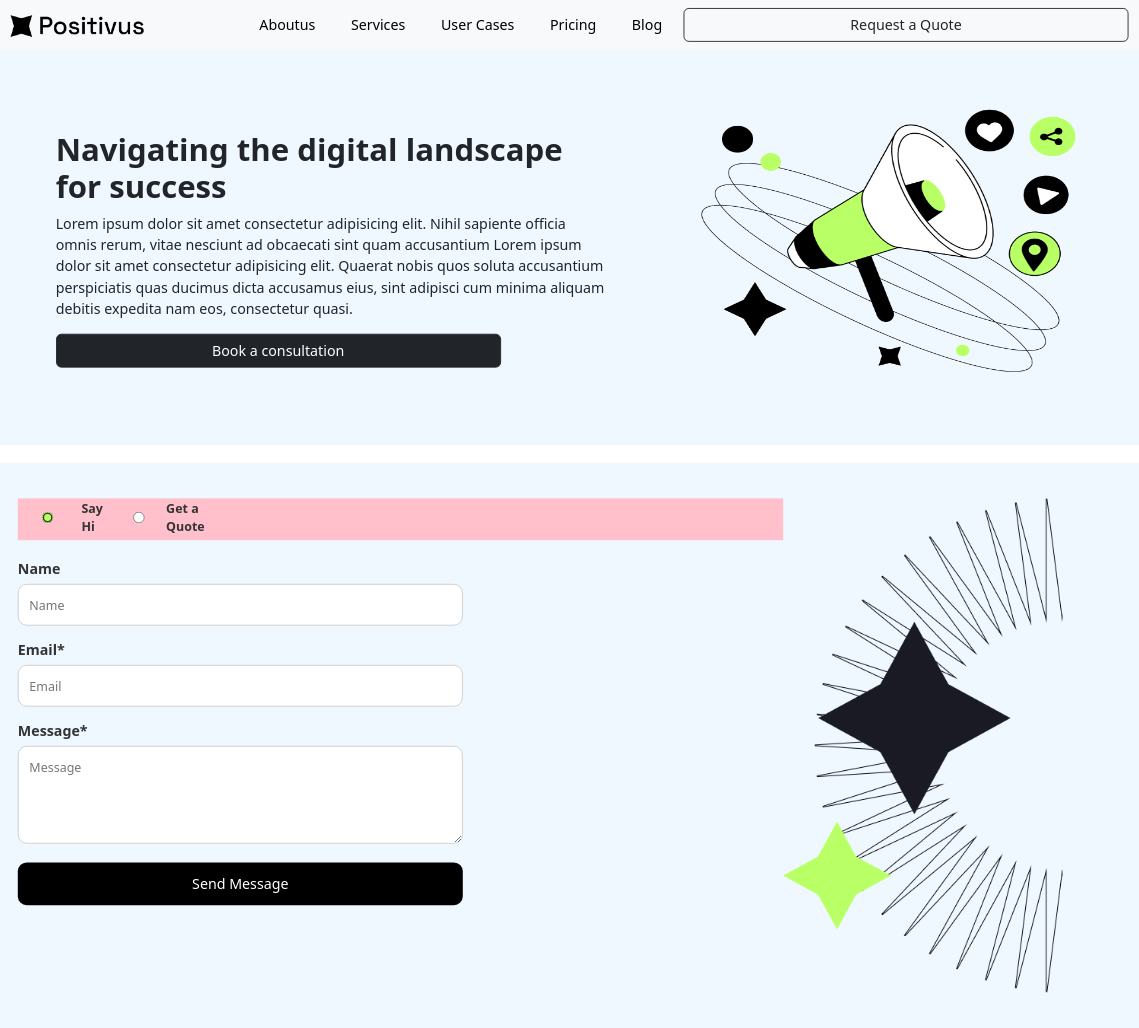
Repository: inshaabbas/CSS-Hackathon-SMIT
Page: index.html
An editor plug-in stored every save of this project. The page is shown before and after the next save, followed by the edit.
The browser window is 1280 px wide. The pictures show the whole page, at 89% of full size.

Above is the page before, as saved 2025-06-25 10:09:25.

### index.html
<!DOCTYPE html>
<html lang="en">
<head>
    <meta charset="UTF-8">
    <meta name="viewport" content="width=device-width, initial-scale=1.0">
    <title>CSS Hackathon</title>
    <!-- Bootstrap CDN -->
     <link href="https://cdn.jsdelivr.net/npm/bootstrap@5.3.7/dist/css/bootstrap.min.css" rel="stylesheet" integrity="sha384-LN+7fdVzj6u52u30Kp6M/trliBMCMKTyK833zpbD+pXdCLuTusPj697FH4R/5mcr" crossorigin="anonymous">
    <!-- Font Awesome CDN -->
     <link rel="stylesheet" href="https://cdnjs.cloudflare.com/ajax/libs/font-awesome/6.7.2/css/all.min.css" integrity="sha512-Evv84Mr4kqVGRNSgIGL/F/aIDqQb7xQ2vcrdIwxfjThSH8CSR7PBEakCr51Ck+w+/U6swU2Im1vVX0SVk9ABhg==" crossorigin="anonymous" referrerpolicy="no-referrer"/>
    <!-- External Style Sheet -->
     <link rel="stylesheet" href="./style.css">
</head>
<body>
    <!-- Header Section Starts -->
    <header class="container-xxl">
      <div class="fixed-top">
         <nav class="navbar navbar-expand-lg bg-body-tertiary">
  <div class="container-fluid">
    <a class="navbar-brand" href="#"><img src="./Assets/logo.png" alt="Logo" width="150px"></a>
    <button class="navbar-toggler" type="button" data-bs-toggle="collapse" data-bs-target="#navbarSupportedContent" aria-controls="navbarSupportedContent" aria-expanded="false" aria-label="Toggle navigation">
      <span class="navbar-toggler-icon"></span>
    </button>
    <div class="collapse navbar-collapse" id="navbarSupportedContent">
      <ul class="navbar-nav ms-auto me-3 gap-4 mb-2 mb-lg-0">
        <li class="nav-item">
          <a class="nav-link active" aria-current="page" href="#">Aboutus</a>
        </li>
        <li class="nav-item">
          <a class="nav-link active" href="#">Services</a>
        </li>
        <li class="nav-item">
          <a class="nav-link active" aria-disabled="true">User Cases</a>
        </li>
        <li class="nav-item">
          <a class="nav-link active" aria-current="page" href="#">Pricing</a>
        </li>
        <li class="nav-item">
          <a class="nav-link active" aria-current="page" href="#">Blog</a>
        </li>
      </ul>
        <button class="btn btn-outline-dark" type="submit">Request a Quote</button>
      </form>
    </div>
  </div>
</nav>
      </div>
    </header>
    <!-- Header Section Ends -->

    <!-- Hero Section Starts -->
     <section class="hero-sec container-xxl">
        <div class="hero-text">
            <h2>Navigating the digital landscape for success</h2>
            <p>Lorem ipsum dolor sit amet consectetur adipisicing elit. Nihil sapiente officia omnis rerum, vitae nesciunt ad obcaecati sint quam accusantium Lorem ipsum dolor sit amet consectetur adipisicing elit. Quaerat nobis quos soluta accusantium perspiciatis quas ducimus dicta accusamus eius, sint adipisci cum minima aliquam debitis expedita nam eos, consectetur quasi.</p>
            <button type="button" class="btn btn-dark">Book a consultation</button>
        </div>
        <div class="hero-img">
            <img src="./Assets/hero-sec-img.png" alt="Hero Section Img" width="450px" height="330px">
        </div>
     </section>
    <!-- Hero Section Ends -->

     <!-- Contact section Starts -->
     <section class="contact-section">
      <div class="contact-form">
        <form>
          <!-- Radio Buttons -->
          <div class="radio-group">
            <label><input type="radio" name="purpose" checked>Say Hi</label>
            <label><input type="radio" name="purpose"> Get a Quote</label>
          </div>

          <!-- Name -->
          <div class="form-group">
            <label for="name">Name</label>
            <input type="text" id="name" name="name" placeholder="Name" required>
          </div>

          <!-- Email -->
          <div class="form-group">
            <label for="email">Email*</label>
            <input type="email" id="email" name="email" placeholder="Email" required>
          </div>

          <!-- Message -->
          <div class="form-group">
            <label for="message">Message*</label>
            <textarea id="message" name="message" placeholder="Message" rows="4" required></textarea>
          </div>

          <!-- Button -->
          <button type="submit">Send Message</button>
        </form>
       </div>
      <div>
        <img src="./Assets/Contact-img.png" alt="Contact img" width="400px">
      </div>
     </section>







<script src="https://cdn.jsdelivr.net/npm/@popperjs/core@2.11.8/dist/umd/popper.min.js" integrity="sha384-I7E8VVD/ismYTF4hNIPjVp/Zjvgyol6VFvRkX/vR+Vc4jQkC+hVqc2pM8ODewa9r" crossorigin="anonymous"></script>
<script src="https://cdn.jsdelivr.net/npm/bootstrap@5.3.7/dist/js/bootstrap.min.js" integrity="sha384-7qAoOXltbVP82dhxHAUje59V5r2YsVfBafyUDxEdApLPmcdhBPg1DKg1ERo0BZlK" crossorigin="anonymous"></script>
</body>
</html>

### style.css
.hover-img{
    transition: transform 0.3s ease;
}

.hover-img:hover{
    transform: scale(1.1);
}

.hero-sec{
    display: flex;
    justify-content: space-around;
    align-items: center;
    padding: 20px;
    height: 500px;
    background-color: aliceblue;
    padding-top: 80px;
}

.hero-text{
    width: 50%;
}

.hero-text h2{
    font-size: 35px;
    font-weight: bold;
}

@media screen and (max-width: 1010px) {
    .hero-img img{
        width: 350px;
        height: 300px;
    }
    .hero-sec{
        height: auto;
    }
}

@media screen and (max-width: 800px){
    .hero-sec{
        flex-direction: column;
        gap: 50px;
    }

    .hero-text{
    width: 100%;
}
}

/* Hero Section End */

/* Contact Section Starts */

.contact-section{
    display: flex;
    justify-content: space-between;
    /* gap: 70px; */
    /* height: 400px; */
    height: auto;
    background-color: aliceblue;
    margin-top: 20px;
    padding: 40px 0px 40px 20px
}

.contact-form{
    /* background-color: pink; */
    width: 100%;
}

.radio-group {
  display: flex;
  gap: 10px;
  margin-bottom: 20px;
  font-size: 14px;
  background-color: pink;
}

.radio-group label{
  display: flex;
  align-items: center;
  gap: 5px;
  font-size: 14px;
  color: #333;
  cursor: pointer;
  width: 100px;
  white-space: no-wrap;
}


input[type="radio"] {
  accent-color: #b9ff66;
}

.form-group {
  margin-bottom: 15px;
}

label {
  display: block;
  margin-bottom: 5px;
  font-weight: bold;
  color: #333;
}

input,
textarea {
  width: 100%;
  max-width: 500px;
  padding: 12px;
  font-size: 14px;
  border: 1px solid #ccc;
  border-radius: 10px;
  box-sizing: border-box;
}

button {
  background-color: #000;
  color: #fff;
  border: none;
  padding: 12px;
  width: 100%;
  max-width: 500px;
  border-radius: 10px;
  font-size: 16px;
  cursor: pointer;
  transition: background-color 0.3s;
}

button:hover {
  background-color: #333;
}

After the next save:
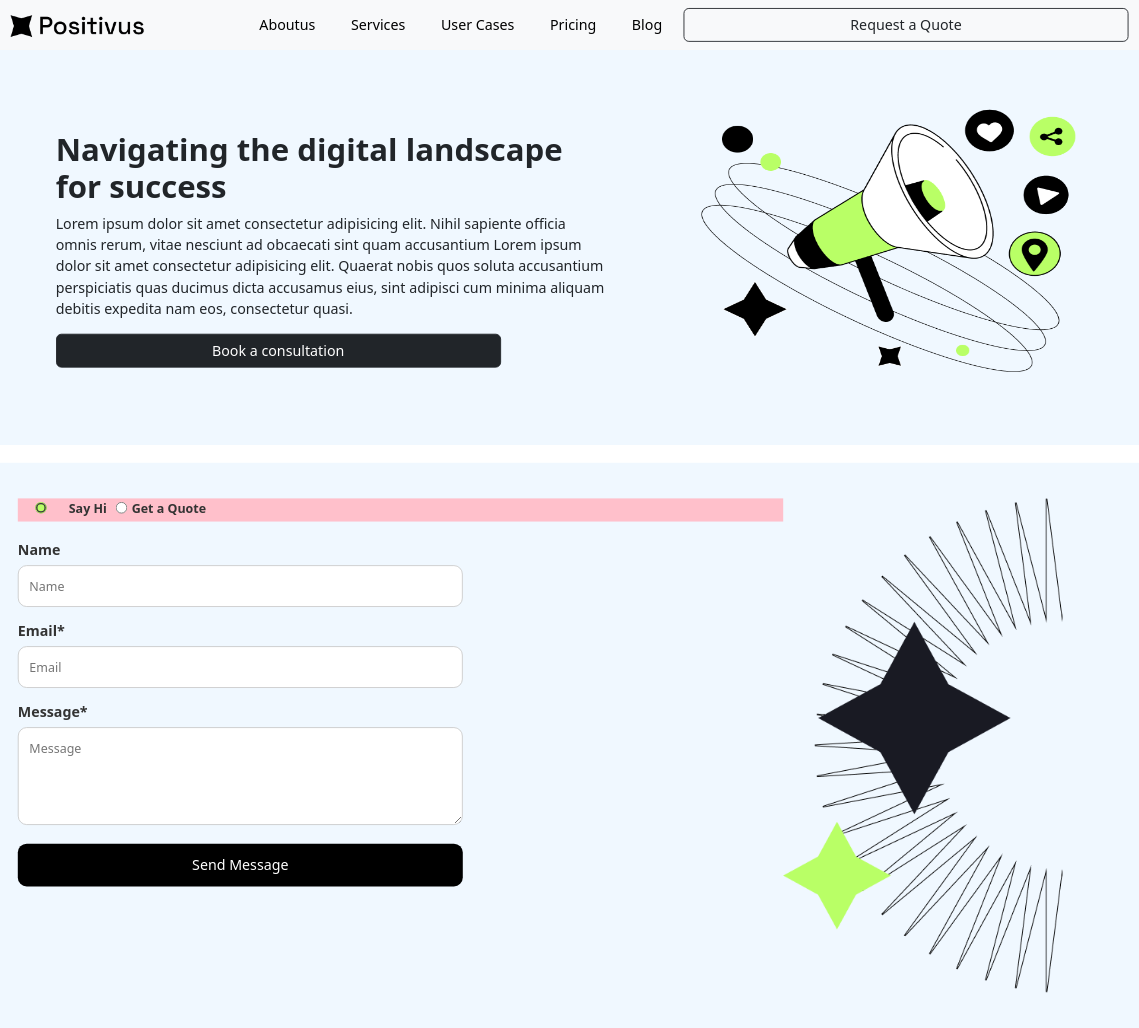
Saved 19 s later.
--- a/style.css
+++ b/style.css
@@ -83,6 +83,7 @@
   cursor: pointer;
   width: 100px;
   white-space: no-wrap;
+    white-space: nowrap
 }
 
 
